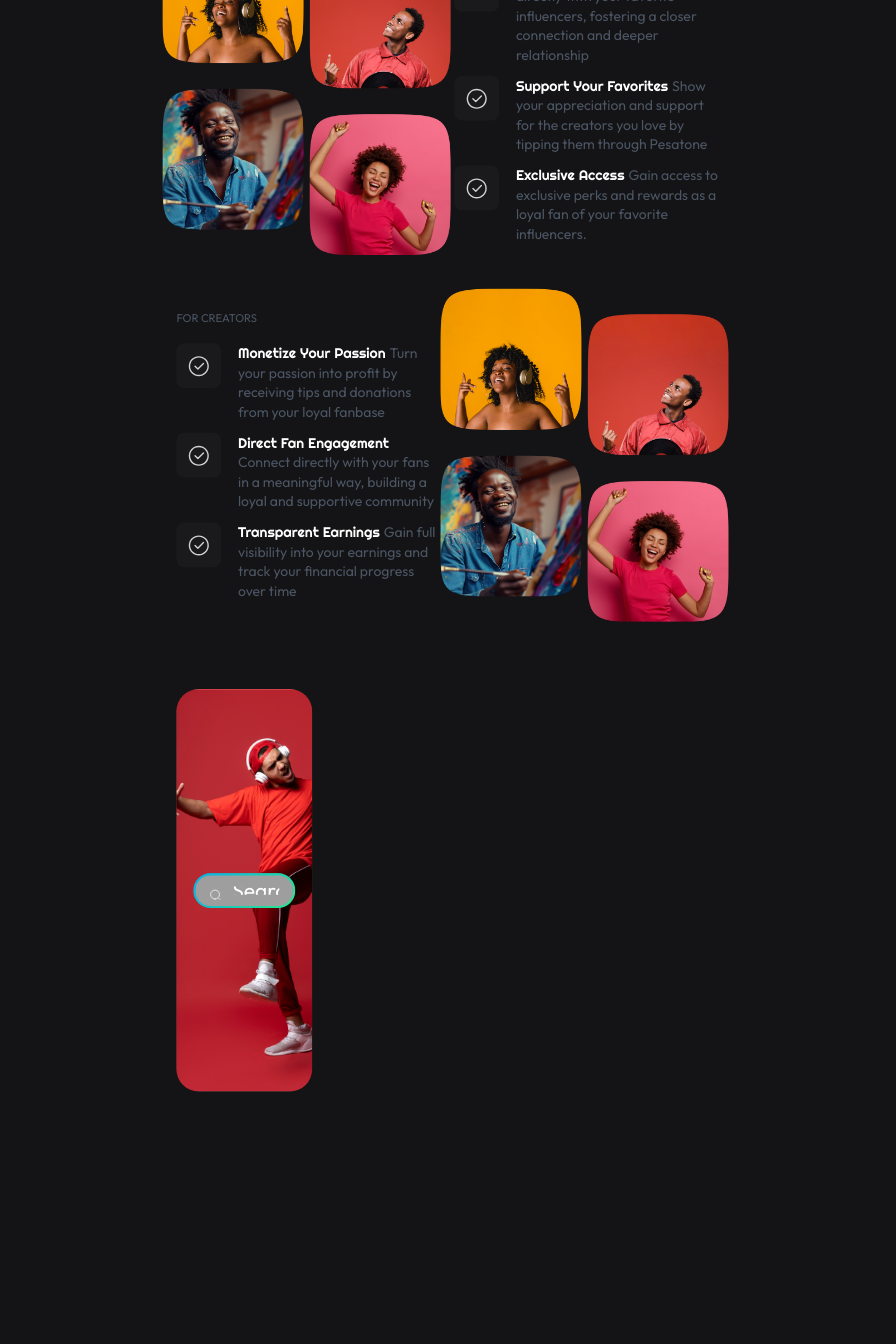
Repository: felixdusengimana/capstone-project-mirror
Page: / (app in frontend/)
These files come from the project's save history. The page is drawn as it stood at one moment and after the next save; the edit follows.
The browser window is 1280 px wide. The pictures show the part of the page from y = 2035 to 3955 px (the page is 3955 px tall), at 70% of full size.
Pictures or frames that could not be fetched are drawn as grey boxes. Backgrounds fixed to the window are drawn as part of the page. The project was rebuilt for these pictures with package versions that can differ from the ones it lists, and the page was loaded fresh each time. The framework's server and built-in components were replaced by stand-ins that run in the browser. Also part of the build but not shown: frontend/next.config.mjs.

Above is the page before, as saved 2024-03-11 16:27:56.

After the next save:
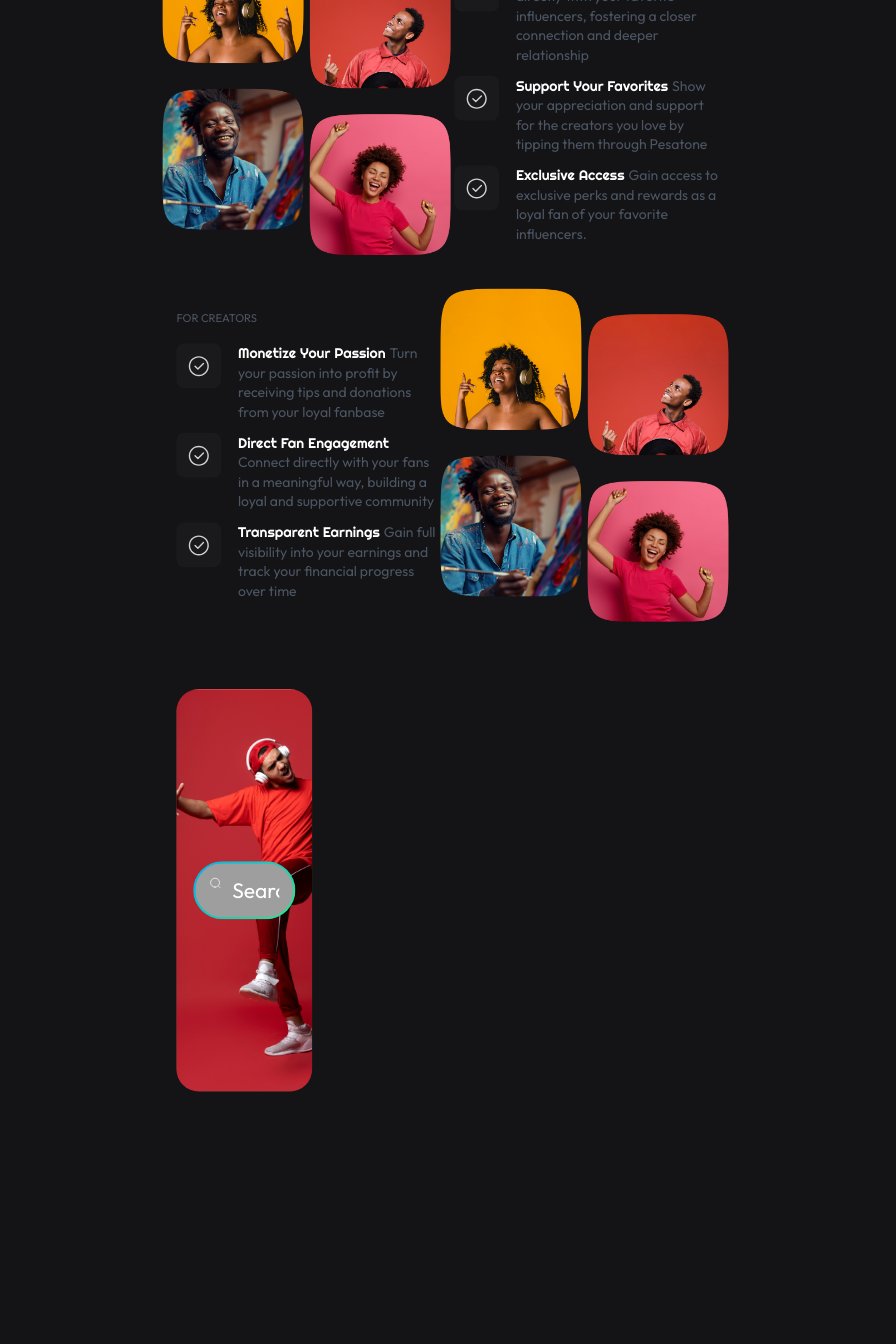
Saved 15 s later.
--- a/frontend/app/globals.css
+++ b/frontend/app/globals.css
@@ -35,8 +35,6 @@ body {
 }
 
 .button-border-gradient {
-  width: 200px;
-  height: 50px;
   cursor: pointer;
   color: #fff;
   margin: auto;
